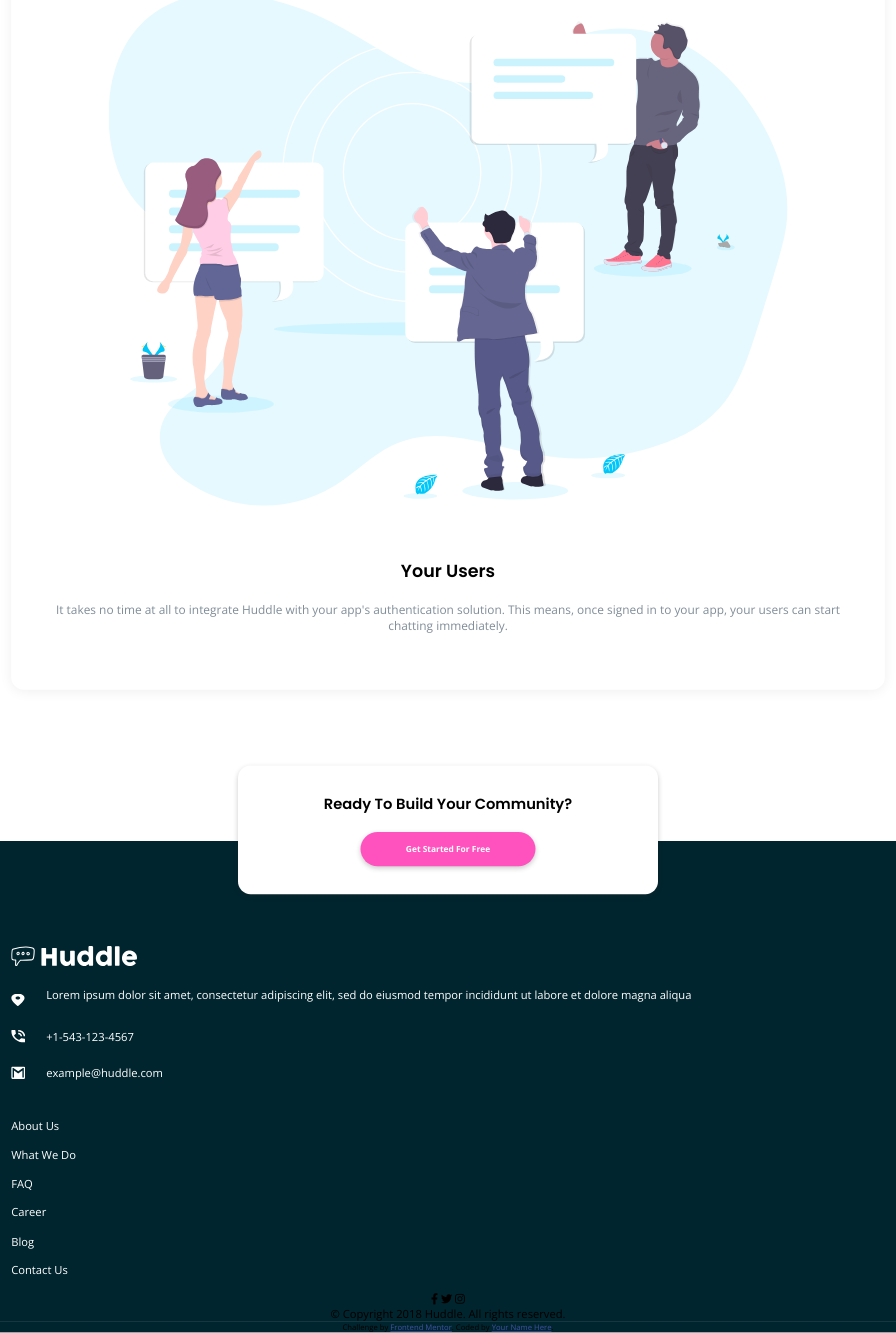
Repository: DejV44/Huddle-landing-page
Page: index.html
An editor plug-in stored every save of this project. The page is shown before and after the next save, followed by the edit.
The browser window is 1280 px wide. The pictures show the part of the page from y = 3658 to 5578 px (the page is 5562 px tall before and 5578 px after), at 70% of full size.
The style sheet was rebuilt from its Sass, Less or Tailwind sources for each picture, by a compiler version that may differ from the author's.

Above is the page before, as saved 2021-08-20 12:53:44.

After the next save:
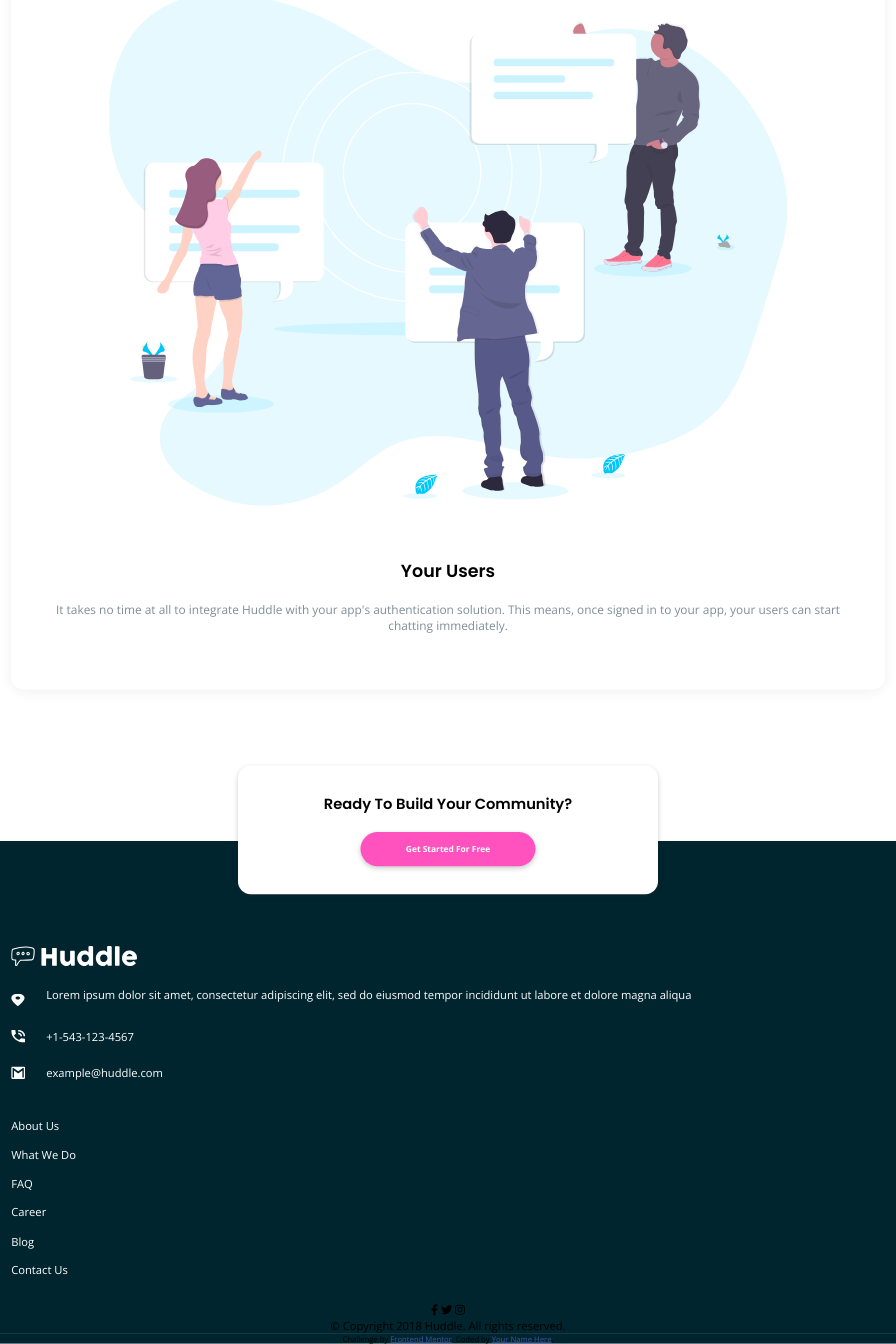
Saved 37 s later.
--- a/css/_footer.scss
+++ b/css/_footer.scss
@@ -45,7 +45,7 @@ footer {
         text-align: center;
         .social {
             display: block;
-            padding: 2rem auto;
+            margin-top: 1rem;
         }
     }
 }
